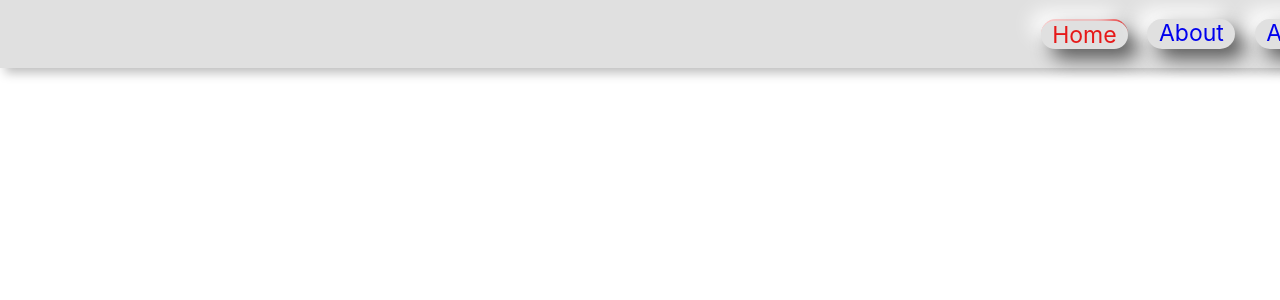
Repository: ShindanoSingi/react-software-architecture-course
Page: /
These files come from the project's save history. The page is drawn as it stood at one moment and after the next save; the edit follows.
The browser window is 1280 px wide. The pictures show the whole page.
The project was rebuilt for these pictures with package versions that can differ from the ones it lists, and the page was loaded fresh each time. Also part of the build but not shown: src/pages/About.js, src/pages/Articles.js.

Above is the page before, as saved 2022-12-25 20:48:45.

### src/App.js
import './App.css';
import { Routes, Route, NavLink } from 'react-router-dom';
import Home from './pages/Home';
import About from './pages/About';
import Articles from './pages/Articles';


function App() {

  return (
    <>
      <nav className='nav-bar'>
      <ul className='list-container'>
        <NavLink to='/' className={({isActive}) => isActive ? "is-active" : null}>
          <li className='home'>Home</li>
        </NavLink>

        <NavLink to='/about' className={({isActive}) => isActive ? "is-active" : null}>
          <li className='about'>About</li>
        </NavLink>

        <NavLink to='/articles' className={({isActive}) => isActive ? "is-active" : null}>
          <li className='articles'>Articles</li>
        </NavLink>
      </ul>
    </nav>
      <Routes>
        <Route path='/' element={<Home />}/>
        <Route path='about' element={<About />}/>
        <Route path='articles' element={<Articles />}/>
      </Routes>
    </>
  );
}

export default App;

### src/App.css
h1 {
    text-align: center;
    margin: 0rem;
    padding: 0.5em;
}

.is-active {
    color: rgb(230, 25, 25);
    border-top: 2px solid red;
    border-radius: 205px;
}

.home,
.about,
.articles {
    border-radius: 205px;
    background: #e0e0e0;
    box-shadow: 10px 10px 19px #5a5a5a,
        -10px -10px 19px #ffffff;
    padding: 0 0.5em;
}

.list-container,
a {
    font-size: 1.2em;
    list-style: none;
    text-decoration: none;
    display: flex;
    justify-content: flex-end;
    gap: 1em;
}

.nav-bar {
    position: fixed;
    width: 100%;
    top: 0;
    padding: 0 5em;
    border-radius: 0px;
    background: #e0e0e0;
    box-shadow: 5px 5px 10px #bebebe,
        -5px -5px 10px #ffffff;
}

.container {
    max-width: 80em;
    background-color: beige;
    margin: 0 auto;
    height: 100vh;
    padding-top: 5em;
}

Loaded but not shown: public/index.html (common file); src/index.js (common file); src/index.css (common file); src/reportWebVitals.js (common file); src/pages/Home.js (common file)

After the next save:
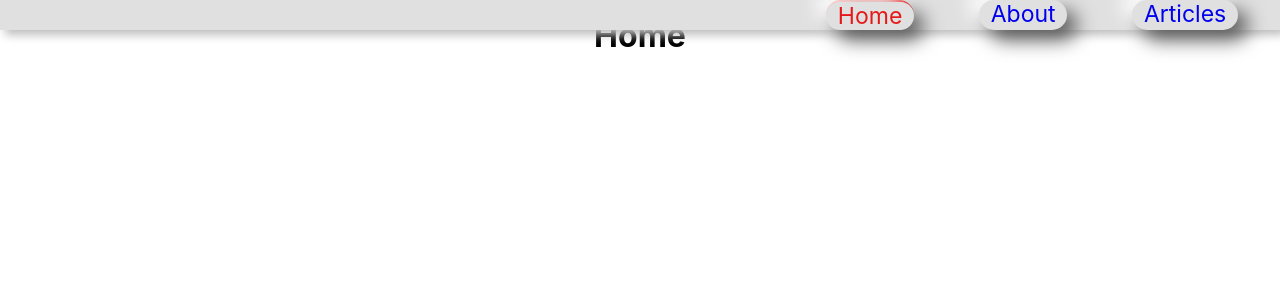
Saved 52 s later.
--- a/src/App.css
+++ b/src/App.css
@@ -26,6 +26,7 @@ a {
     list-style: none;
     text-decoration: none;
     display: flex;
+    margin: 0 1em;
     justify-content: flex-end;
     gap: 1em;
 }
@@ -34,7 +35,6 @@ a {
     position: fixed;
     width: 100%;
     top: 0;
-    padding: 0 5em;
     border-radius: 0px;
     background: #e0e0e0;
     box-shadow: 5px 5px 10px #bebebe,
